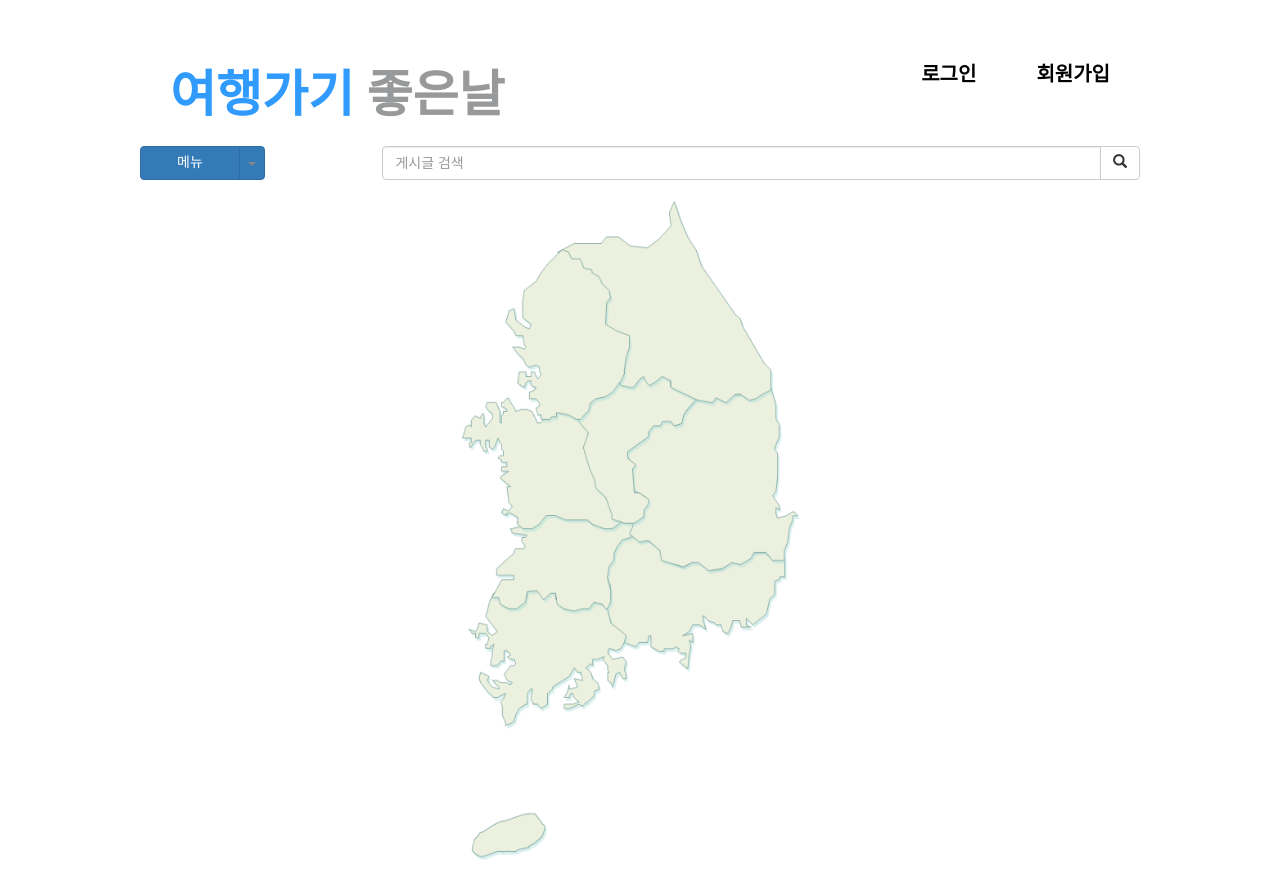
Repository: Hotmintchoco/teamProject1
Page: http://localhost/tripProject/mypage.jsp
These files come from the project's save history. The page is drawn as it stood at one moment and after the next save; the edit follows.
The browser window is 1280 px wide. The pictures show the whole page.
Some web fonts or font styles are not loaded; a fallback is used. The page is served by Tomcat 9. Nobody is signed in. The application's start-up code is not run. Other server files are loaded and not shown.

Above is the page before, as saved 2022-07-02 11:44:19.

### tripProject/src/main/webapp/mypage.jsp
<%@ page language="java" contentType="text/html; charset=UTF-8"
    pageEncoding="UTF-8"%>
<!DOCTYPE html>
<html>
<head>
<meta charset="UTF-8">
    <meta name="viewport" content="width=device-width, initial-scale=1.0">
    <title>여행가기 좋은날</title>
    <link rel="preconnect" href="https://fonts.googleapis.com">
	<link rel="preconnect" href="https://fonts.gstatic.com" crossorigin>
	<link href="https://fonts.googleapis.com/css2?family=Gugi&display=swap" rel="stylesheet">
    <link rel="stylesheet" href="fontawesome/css/all.min.css"> <!-- https://fontawesome.com/ -->
    <link rel="stylesheet" href="css/magnific-popup.css">
    <link rel="stylesheet" href="css/templatemo-ocean-vibes.css">
    <link rel="stylesheet" href="https://maxcdn.bootstrapcdn.com/bootstrap/3.4.1/css/bootstrap.min.css">
    <script src="https://ajax.googleapis.com/ajax/libs/jquery/3.6.0/jquery.min.js"></script>
  	<script src="https://maxcdn.bootstrapcdn.com/bootstrap/3.4.1/js/bootstrap.min.js"></script>

    <style>
    	* {font-family: 'Gugi', cursive}
        ul,ol.li {list-style: none; margin: 0; padding: 0;}
        nav {width: 1000px; height: 50px; margin:0 auto;}
	    nav > ul > li > a {float: right; color: black; font-size: 20px;
            text-decoration: none; margin: 0px 30px 0 30px;
            font-weight: bold;}
        #slider {width: 1000px; height: 700px; margin: 0 auto;}
        #slider > img {margin-left: 250px;}
        .tm-mt-0 {float: left; font-size: 50px;}
        #menubar {width: 1000px; margin: 0 auto;}
    </style>
</head>
<body>
    <header class="tm-site-header">
        <div>
            <nav>
                <ul>
                    <li><a href="#">회원가입</a></li>
                    <li><a href="#">로그인</a></li>
                    <li><a href="mypage.jsp" class="tm-mt-0 tm-mb-15"><span class="tm-color-primary">여행가기</span> <span class="tm-color-gray-2">좋은날</span></a></li>
                </ul>
            </nav>
        </div>
    </header>
    <div id="menubar">
		<table style="width: 100%;">
			<tbody>
				<tr style="width: 100%;">
					<td style="width: 24%;">
						<div class="btn-group">
							<button type="button" class="btn btn-primary" style="width:100px;">메뉴</button>
							<button type="button" class="btn btn-primary dropdown-toggle"
								data-toggle="dropdown">
								<span class="caret"></span>
							</button>
							<ul class="dropdown-menu" role="menu">
								<li><a href="#">코스</a></li>
								<li><a href="#">축제</a></li>
								<li><a href="#">이벤트</a></li>
							</ul>
						</div>
					</td>
					<td style="width: 75%;">
					<form action="memberForm.jsp">
						<div class="input-group">
							<input type="text" class="form-control" name="search"
								placeholder="게시글 검색">
							<div class="input-group-btn">
								<button class="btn btn-default" type="submit">
									<i class="glyphicon glyphicon-search"></i>
								</button>
							</div>
						</div>
					</form>
					</td>
				</tr>
			</tbody>
		</table>
    </div>

	<div id="slider">
        <img src="img/koreaMap2.png" alt="Map" width="450px" height="700px">
    </div>

    <script src="js/jquery-3.4.1.min.js"></script>
    <script src="js/imagesloaded.pkgd.min.js"></script>
    <script src="js/isotope.pkgd.min.js"></script>
    <script src="js/jquery.magnific-popup.min.js"></script>
    <script src="js/templatemo-script.js"></script>
</body>
</html>

### tripProject/src/main/webapp/css/templatemo-ocean-vibes.css
/*

TemplateMo 554 Ocean Vibes

https://templatemo.com/tm-554-ocean-vibes

*/

html { overflow-x: hidden; }

body {
    font-family: 'Source Sans Pro', sans-serif;
    font-size: 19px;
    line-height: 1.8em;
    overflow-x: hidden;
}

p, span, em, a, address { color: #848586; }
h2, p {
    margin-top: 0;
}

a:hover, a.active { color: #309AFD; }

.tm-btn {
    padding: 10px 40px;
    color: white;
    background-color: #3299CD;
    display: inline-block;
    border: none;
    cursor: pointer;
    font-size: 1.2rem;
    transition: all 0.3s ease;
}

button.tm-btn {
    padding: 15px 40px;
}

.tm-btn:hover {
    color: white;
    background-color: #49b4e9;
}

h1 { font-size: 3rem; }
em { display: block; }
div { box-sizing: border-box;}
.tm-mt-35 { margin-top: 35px; }
.tm-mb-0 { margin-bottom: 0; }
.tm-mb-15 { margin-bottom: 15px; }
.tm-mb-30 { margin-bottom: 30px; }
.tm-mb-40 { margin-bottom: 40px; }
.tm-mb-50 { margin-bottom: 50px; }
.tm-mb-80 { margin-bottom: 80px; }
.tm-text-center { text-align: center; }
.tm-text-right { text-align: right; }
.tm-color-primary { color: #309AFD; }
.tm-color-gray { color: #666768; }
.tm-color-gray-2 { color: #98999A; }
.tm-color-light-gray { color: #9E9FA0; }
.tm-bg-white { background-color: #FFF; }
.tm-bg-gray { background-color: #F1F2F3; }
blockquote { margin: 0 0 30px 10px; }
img { max-width: 100%; }
.tm-page-title { font-size: 30px; }

body, ul {
    margin: 0;
    padding: 0;
}

a {
    text-decoration: none;
    transition: all 0.3s ease;
}

.tm-mt-0 { margin-top: 0; }

.tm-site-header {
    padding: 60px 70px 30px;
}

.tm-tagline {
    font-size: 1.5rem;
    margin-left: 130px;
}

#tm-video-container {
    max-height: 400px;
    overflow: hidden;
    background-color: #333;
    margin-bottom: 90px;
    position: relative;
}

#tm-video {
    width: 100%;
    height: auto;
}

#tm-video-control-button {
    position: absolute;
    bottom: 20px;
    right: 20px;
    z-index: 1000;
    color: #e1e1e1;
}

.tm-nav-item {
    list-style: none;
    margin: 22px;
}

.tm-nav-link {
    display: flex;
    align-items: center;
    flex-direction: column;
    width: 200px;
    height: 200px;
    padding: 30px;
    border: 1px solid #D2D3D4;
    color: #999;
    box-sizing: border-box;
}

.tm-nav-link:hover,
.tm-nav-link.active {
    color: #309AFD;
}

.tm-nav-link i {
    margin-top: 30px;
    color: #309AFD;
}

.tm-main-nav ul {
    display: flex;
    flex-wrap: wrap;
    margin-left: auto;
    margin-right: auto;
}

.tm-container {
    max-width: 1254px;
    padding-left: 15px;
    padding-right: 15px;
    margin: 0 auto 135px;
}

.tm-footer {
    display: flex;
    justify-content: space-between;
    padding: 25px;
    font-size: 0.9em;
}

.tm-close-popup {
    text-align: right;
    display: block;
}

.tm-close-popup i {
    margin-left: 10px;
    margin-right: 10px;
}

.tm-row {
    display: flex;
}

.tm-col-6 {
    flex: 0 0 50%;
}

.tm-intro-pad {
    padding: 40px 55px 50px;
}

.tm-intro-col-l {
    margin-right: 40px;
}

/* text-based popup styling */
.popup {
    position: relative;
    padding: 12px 10px 35px;
    width:auto;
    max-width: 1200px;
    margin: 0 auto;
}

/*

====== Move-from-top effect ======

*/
.mfp-move-from-top .mfp-with-anim {
    opacity: 0;
    transition: all 0.2s;
    transform: translateY(-100px);
}
.mfp-move-from-top.mfp-bg {
    opacity: 0;
    transition: all 0.2s;
}
.mfp-move-from-top.mfp-ready .mfp-with-anim {
    opacity: 1;
    transform: translateY(0);
}
.mfp-move-from-top.mfp-ready.mfp-bg {
    opacity: 0.8;
}
.mfp-move-from-top.mfp-removing .mfp-with-anim {
    transform: translateY(-50px);
    opacity: 0;
}
.mfp-move-from-top.mfp-removing.mfp-bg {
    opacity: 0;
}

button.mfp-arrow {
    display: none;
}

/* Intro */
.tm-intro-img {
    max-width: 300px;
    max-height: 600px;
}

/* Gallery */
.tm-gallery {
    flex: 0 0 68%;
    margin: 0 20px;
}

.tm-gallery-container {
    position: relative;
    max-width: 800px;
    margin: 0 -10px;
	list-style: none;
    text-align: center;
}

.tm-paging {
    overflow: auto;
    margin-top: 25px;
}

.tm-paging li {
    list-style: none;
}

.tm-paging-link {
    display: flex;
    float: left;
    width: 40px;
    height: 40px;
    align-items: center;
    justify-content: center;
    background: white;
    color: #999;
    margin-right: 15px;
    margin-bottom: 15px;
}

a.tm-paging-link.active,
a.tm-paging-link:hover {
    background: #309AFD;
    color: white;
}

.tm-gallery-right {
    flex: 0 0 26%;
    margin-left: 15px;
}

.tm-gallery-links {
    margin-left: 35px;
    margin-bottom: 55px;
}

.tm-gallery-links li {
    list-style: none;
    margin-bottom: 20px;
}

.tm-gallery-link-icon {
    display: inline-block;
    width: 30px;
}

.tm-gallery-item {
    overflow: hidden;
    margin: 15px 10px;
    min-width: 180px;
    max-width: 180px;
    max-height: 240px;
    width: 25%;
    background: #3085a3;
    text-align: center;
    cursor: pointer;
}

.tm-gallery-container figure img {
    position: relative;
    display: block;
    min-height: 100%;
    max-width: 100%;
    opacity: 0.9;
}

.tm-gallery-container figure figcaption {
	padding: 2em;
	color: #fff;
	text-transform: uppercase;
	font-size: 1.25em;
	-webkit-backface-visibility: hidden;
	backface-visibility: hidden;
}

.tm-gallery-container figure figcaption::before,
.tm-gallery-container figure figcaption::after {
	pointer-events: none;
}

.tm-gallery-container figure figcaption,
.tm-gallery-container figure figcaption > a {
	position: absolute;
	top: 0;
	left: 0;
	width: 100%;
	height: 100%;
}

/* Anchor will cover the whole item by default */
/* For some effects it will show as a button */
.tm-gallery-container figure h2 {
	word-spacing: -0.15em;
	font-weight: 300;
}

.tm-gallery-container figure h2 span {
	font-weight: 800;
}

.tm-gallery-container figure h2,
.tm-gallery-container figure p {
	margin: 0;
}

.tm-gallery-container figure p {
	letter-spacing: 1px;
	font-size: 68.5%;
}

/*---------------*/
/***** Chico *****/
/*---------------*/

figure.effect-chico img {
	-webkit-transition: opacity 0.35s, -webkit-transform 0.35s;
	transition: opacity 0.35s, transform 0.35s;
	-webkit-transform: scale(1.12);
	transform: scale(1.12);
}

figure.effect-chico:hover img {
	opacity: 0.5;
	-webkit-transform: scale(1);
	transform: scale(1);
}

figure.effect-chico figcaption {
    padding: 1em;
    box-sizing: border-box;
    display: flex;
    align-items: center;
}

figure.effect-chico figcaption::before {
	position: absolute;
	top: 15px;
	right: 15px;
	bottom: 15px;
	left: 15px;
	border: 1px solid #fff;
	content: '';
	-webkit-transform: scale(1.1);
	transform: scale(1.1);
}

figure.effect-chico figcaption::before,
figure.effect-chico p {
	opacity: 0;
	-webkit-transition: opacity 0.35s, -webkit-transform 0.35s;
	transition: opacity 0.35s, transform 0.35s;
}

figure.effect-chico h2 {
	padding: 20% 0 20px 0;
}

figure.effect-chico p {
    color: white;
	margin: 0 auto;
	max-width: 200px;
	-webkit-transform: scale(1.5);
	transform: scale(1.5);
}

figure.effect-chico:hover figcaption::before,
figure.effect-chico:hover p {
	opacity: 1;
	-webkit-transform: scale(1);
	transform: scale(1);
}

/* Testimonials */
.tm-testimonials-inner {
    padding: 0 20px 30px;
}

.tm-testimonial-col {
    flex: 0 0 33.3334%;
    padding-left: 20px;
    padding-right: 20px;
}

/* About */
.mapouter{
    position:relative;
    height:250px;
    width:100%;
}

.gmap_canvas {
    overflow:hidden;
    background:none!important;
    height:250px;
    width:100%;
}
.tm-contact-row {
    max-width: 1045px;
}
.tm-about-col {
    margin-left: 40px;
    margin-right: 40px;
    max-width: 500px;
}

/* Contact */
#contact {
    padding-bottom: 65px;
}
.tm-contact-col {
    flex: 0 0 50%;
    padding-left: 40px;
}

.tm-contact-col-r {
    padding-left: 0;
    padding-right: 30px;
}

.tm-contact-form {
    max-width: 350px;
    margin-left: 40px;
    margin-right: 40px;
}

.form-control {
    font-family: 'Source Sans Pro', sans-serif;
    font-size: 1.2rem;
    border: 1px solid #D5D6D7;
    box-sizing: border-box;
    padding: 15px;
    width: 100%;
}

.form-group {
    margin-bottom: 25px;
}

select:not([multiple]) {
    -webkit-appearance: none;
    -moz-appearance: none;
    background-position: right 15px center;
    background-repeat: no-repeat;
    background-image: url(../img/select-arrow.png);
    padding: 14px 20px;
    padding-right: 20px;
    color: #666;
}

.tm-contact-links li {
    list-style: none;
    margin-bottom: 10px;
}

.tm-contact-link-icon {
    margin-right: 15px;
}

address {
    font-style: normal;
}

@media (max-width: 850px) {
    .tm-contact-row {
        flex-direction: column;
    }

    .tm-contact-col {
        flex: 0 0 100%;
        max-width: 100%;
        padding-left: 30px;
        padding-right: 30px;
    }

    .tm-contact-form {
        max-width: 100%;
        margin-left: 0;
        margin-right: 0;
        margin-bottom: 50px;
    }
}

@media (max-width: 700px) {
    .tm-about-row {
        flex-direction: column;
    }
    .tm-about-col {
        flex: 0 0 100%;
    }
}

@media (max-width: 1264px) {
    .tm-main-nav ul {
        max-width: 976px;
    }
}

@media (max-width: 1020px) {
    .tm-main-nav ul {
        max-width: 732px;
    }
}

@media (max-width: 776px) {
    .tm-main-nav ul {
        max-width: 488px;
    }
}

@media (max-width: 532px) {
    .tm-main-nav ul {
        max-width: 244px;
    }
}

@media (max-width: 992px) {
    .tm-testimonial-row {
        flex-wrap: wrap;
    }
    .tm-testimonial-col {
        flex: 100%;
        margin-bottom: 50px;
    }

    .tm-testimonial-col:last-child {
        margin-bottom: 0;
    }

    .tm-testimonial-col-2 {
        flex: 50%;
    }
}

@media (max-width: 635px) {
    .tm-testimonial-col-2 {
        flex: 100%;
    }
}

@media (max-width: 902px) {
    .tm-gallery {
        flex: 0 0 50%;
    }
    .tm-gallery-right {
        flex: 0 0 38%;
    }
}

@media (max-width: 805px) {
    .tm-gallery-row {
        flex-direction: column-reverse;
    }
    .tm-gallery {
        flex: 0 0 100%;
    }
    .tm-gallery-right {
        flex: 0 0 100%;
        margin-left: 20px;
        margin-right: 20px;
    }

    .tm-gallery-right-inner {
        display: flex;
        flex-direction: column-reverse;
    }

    .tm-gallery-links {
        display: flex;
        flex-wrap: wrap;
        margin-top: 20px;
        margin-bottom: 0;
        margin-left: 0;
    }

    .tm-gallery-links li {
        margin-right: 20px;
    }
}

@media (max-width: 850px) {
    .tm-content-row {
        flex-direction: column;
    }

    .tm-intro-col-l {
        margin-right: 0;
    }
}

@media (max-width: 650px) {
    .tm-intro-row {
        flex-direction: column;
    }

    .tm-intro-img {
        max-width: 100%;
        max-height: none;
    }
}

@media (max-width: 540px) {
    .tm-footer {
        flex-direction: column;
        align-items: center;
    }
}

@media (max-width: 558px) {
    .tm-site-header {
        padding-left: 30px;
        padding-right: 30px;
    }

    .tm-tagline {
        margin-left: 30px;
    }
}

### tripProject/src/main/webapp/js/templatemo-script.js
/**
 * Credits
 * Isotope with paging: https://codepen.io/TimRizzo/details/ervrRq
 * CSS3 animation effects for Magnific Popup: https://codepen.io/dimsemenov/pen/GAIkt
 */

$(document).ready(function () {

    /*************** Gallery ******************/

    var itemSelector = ".tm-gallery-item";
    var responsiveIsotope = [ [480, 4], [720, 6] ];
    var itemsPerPageDefault = 8;
    var itemsPerPage = defineItemsPerPage();
    var currentNumberPages = 1;
    var currentPage = 1;
    var currentFilter = '*';
    var filterValue = "";
    var pageAttribute = 'data-page';
    var pagerClass = 'isotope-pager';
    var $container = $('.tm-gallery-container').isotope({
        itemSelector: itemSelector
    });

    function adjustGalleryLayout(currentPopup) {
        if(currentPopup == 'gallery') {
            // layout Isotope after each image loads
            $container.imagesLoaded().progress( function() {
                $container.isotope('layout');
            });
        }
    }

    /************** Popup *****************/

    $('#inline-popups').magnificPopup({
        delegate: 'a',
        removalDelay: 500, //delay removal by X to allow out-animation
        callbacks: {
            beforeOpen: function() {
                this.st.mainClass = this.st.el.attr('data-effect');
            },
            open: function() {
                adjustGalleryLayout($.magnificPopup.instance.content.attr('id'));
            }
        },
        midClick: true, // allow opening popup on middle mouse click. Always set it to true if you don't provide alternative source.
        showCloseBtn: false
    });

    $('.tm-close-popup').on( "click", function() {
        $.magnificPopup.close();
    });

    var popupInstance = $.magnificPopup.instance;

    $('.tm-btn-next').on("click", function(e) {
        popupInstance.next();
        adjustGalleryLayout(popupInstance.content.attr('id'));
    });

    $('.tm-btn-contact').on("click", function(e) {
        popupInstance.goTo(4);
    })

    // update items based on current filters
    function changeFilter(selector) { $container.isotope({ filter: selector }); }

    // grab all checked filters and goto page on fresh isotope output
    function goToPage(n) {
        currentPage = n;
        var selector = itemSelector;
        var exclusives = [];

        if(currentFilter != '*') {
            exclusives.push(selector + '.' + currentFilter);
        }

        // smash all values back together for 'and' filtering
        filterValue = exclusives.length ? exclusives.join('') : '*';

        // add page number to the string of filters
        var wordPage = currentPage.toString();
        filterValue += ('.'+wordPage);
        changeFilter(filterValue);
    }

    // determine page breaks based on window width and preset values
    function defineItemsPerPage() {
        var pages = itemsPerPageDefault;

        for( var i = 0; i < responsiveIsotope.length; i++ ) {
            if( $(window).width() <= responsiveIsotope[i][0] ) {
                pages = responsiveIsotope[i][1];
                break;
            }
        }
        return pages;
    }

    function setPagination() {

        var SettingsPagesOnItems = function(){
            var itemsLength = $container.children(itemSelector).length;
            var pages = Math.ceil(itemsLength / itemsPerPage);
            var item = 1;
            var page = 1;
            var selector = itemSelector;
            var exclusives = [];

                if(currentFilter != '*') {
                    exclusives.push(selector + '.' + currentFilter);
                }

                // smash all values back together for 'and' filtering
                filterValue = exclusives.length ? exclusives.join('') : '*';

                // find each child element with current filter values
                $container.children(filterValue).each(function(){
                    // increment page if a new one is needed
                    if( item > itemsPerPage ) {
                        page++;
                        item = 1;
                    }
                    // add page number to element as a class
                    wordPage = page.toString();

                    var classes = $(this).attr('class').split(' ');
                    var lastClass = classes[classes.length-1];
                    // last class shorter than 4 will be a page number, if so, grab and replace
                    if(lastClass.length < 4){
                        $(this).removeClass();
                        classes.pop();
                        classes.push(wordPage);
                        classes = classes.join(' ');
                        $(this).addClass(classes);
                    } else {
                        // if there was no page number, add it
                       $(this).addClass(wordPage);
                    }
                    item++;
                });
            currentNumberPages = page;
        }();

        // create page number navigation
        var CreatePagers = function() {

            var $isotopePager = ( $('.'+pagerClass).length == 0 ) ? $('<div class="'+pagerClass+' tm-paging"></div>') : $('.'+pagerClass);

            $isotopePager.html('');
            if(currentNumberPages > 1){
                for( var i = 0; i < currentNumberPages; i++ ) {
                    var $pager = '';

                    if(currentPage == i+1) {
                        $pager = $('<a href="javascript:void(0);" class="pager active tm-paging-link" '+pageAttribute+'="'+(i+1)+'"></a>');
                    } else {
                        $pager = $('<a href="javascript:void(0);" class="pager tm-paging-link" '+pageAttribute+'="'+(i+1)+'"></a>');
                    }

                    $pager.html(i+1);

                    $pager.click(function(){
                        $('.tm-paging-link').removeClass('active');
                        $(this).addClass('active');
                        var page = $(this).eq(0).attr(pageAttribute);
                        goToPage(page);
                    });
                    $pager.appendTo($isotopePager);
                }
            }
            $container.after($isotopePager);
        }();
    }

    setPagination();
    goToPage(1);

    //event handlers
    $('.tm-gallery-link').click(function(e) {
        var filter = $(this).data('filter');
        currentFilter = filter;
        setPagination();
        goToPage(1);
        $('.tm-gallery-link').removeClass('active');
        $(e.target).addClass('active');
    })

    //Handle window resize
    $(window).resize(function(){
        itemsPerPage = defineItemsPerPage();
        setPagination();
        goToPage(1);
    });

    /************** Video background *********/

    function setVideoSize() {
        const vidWidth = 1280;
        const vidHeight = 720;
        const maxVidHeight = 400;
        let windowWidth = window.innerWidth;
        let newVidWidth = windowWidth;
        let newVidHeight = windowWidth * vidHeight / vidWidth;
        let marginLeft = 0;
        let marginTop = 0;

        if (newVidHeight < maxVidHeight) {
            newVidHeight = maxVidHeight;
            newVidWidth = newVidHeight * vidWidth / vidHeight;
        }

        if(newVidWidth > windowWidth) {
            marginLeft = -((newVidWidth - windowWidth) / 2);
        }

        if(newVidHeight > maxVidHeight) {
            marginTop = -((newVidHeight - $('#tm-video-container').height()) / 2);
        }

        const tmVideo = $('#tm-video');

        tmVideo.css('width', newVidWidth);
        tmVideo.css('height', newVidHeight);
        tmVideo.css('margin-left', marginLeft);
        tmVideo.css('margin-top', marginTop);
    }

    setVideoSize();

    // Set video background size based on window size
    let timeout;
    window.onresize = function () {
        clearTimeout(timeout);
        timeout = setTimeout(setVideoSize, 100);

        adjustIntroImg();
    };

    // Play/Pause button for video background
    const btn = $("#tm-video-control-button");

    btn.on("click", function (e) {
        const video = document.getElementById("tm-video");
        $(this).removeClass();

        if (video.paused) {
            video.play();
            $(this).addClass("fas fa-pause");
        } else {
            video.pause();
            $(this).addClass("fas fa-play");
        }
    });


    // Adjust intro image based on the screen size
    adjustIntroImg();

    function adjustIntroImg() {
        var img = 'img/';

        if(window.innerWidth > 650) {
            img += 'intro.jpg';
        } else {
            img += 'intro-big.jpg';
        }

        $('.tm-intro-img').attr('src', img);
    }
});

Loaded but not shown: tripProject/src/main/webapp/fontawesome/css/all.min.css (library); tripProject/src/main/webapp/css/magnific-popup.css (library); tripProject/src/main/webapp/js/jquery-3.4.1.min.js (library); tripProject/src/main/webapp/js/imagesloaded.pkgd.min.js (library); tripProject/src/main/webapp/js/isotope.pkgd.min.js (library); tripProject/src/main/webapp/js/jquery.magnific-popup.min.js (library)

After the next save:
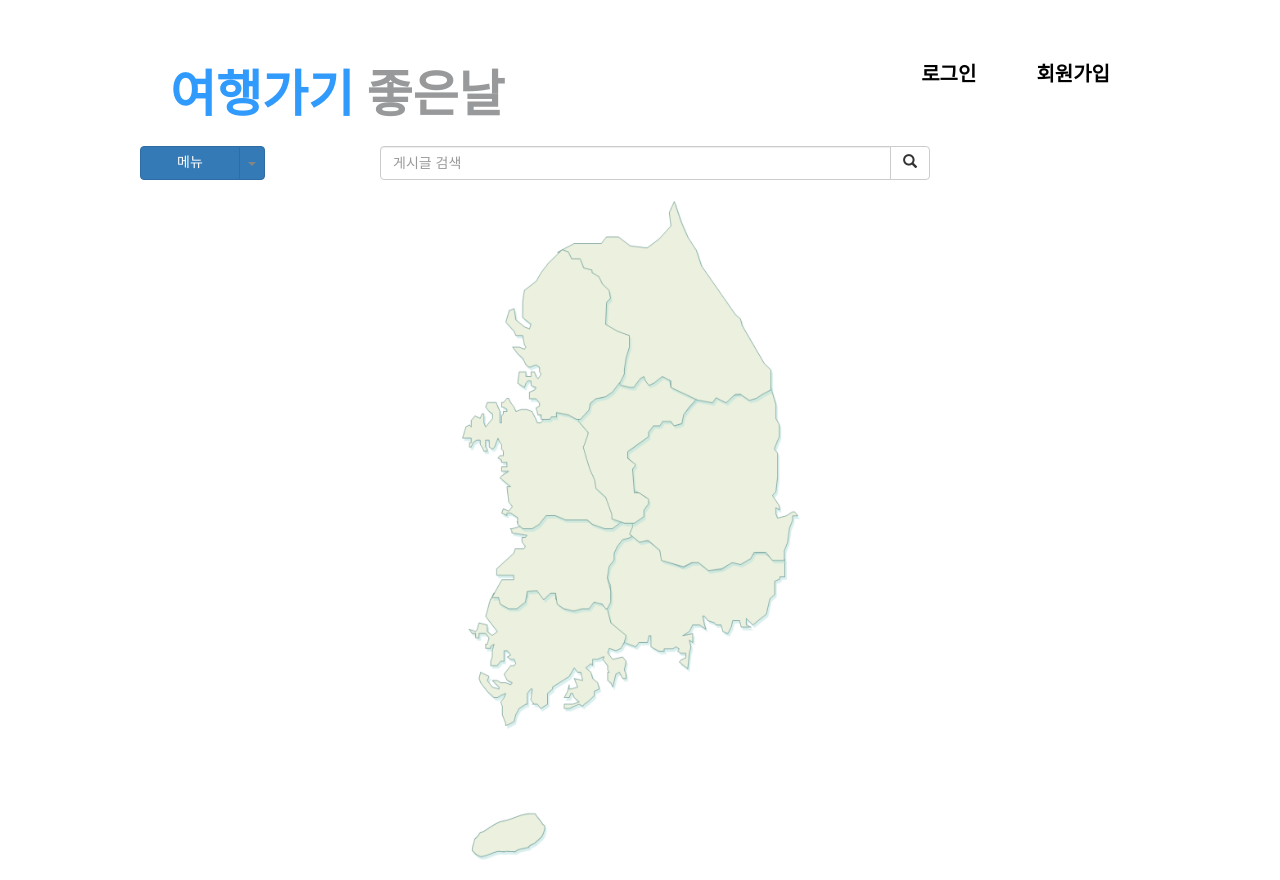
Saved 45 s later.
--- a/tripProject/src/main/webapp/mypage.jsp
+++ b/tripProject/src/main/webapp/mypage.jsp
@@ -59,7 +59,7 @@
 							</ul>
 						</div>
 					</td>
-					<td style="width: 75%;">
+					<td style="width: 55%;">
 					<form action="memberForm.jsp">
 						<div class="input-group">
 							<input type="text" class="form-control" name="search"
@@ -72,6 +72,7 @@
 						</div>
 					</form>
 					</td>
+					<td></td>
 				</tr>
 			</tbody>
 		</table>
